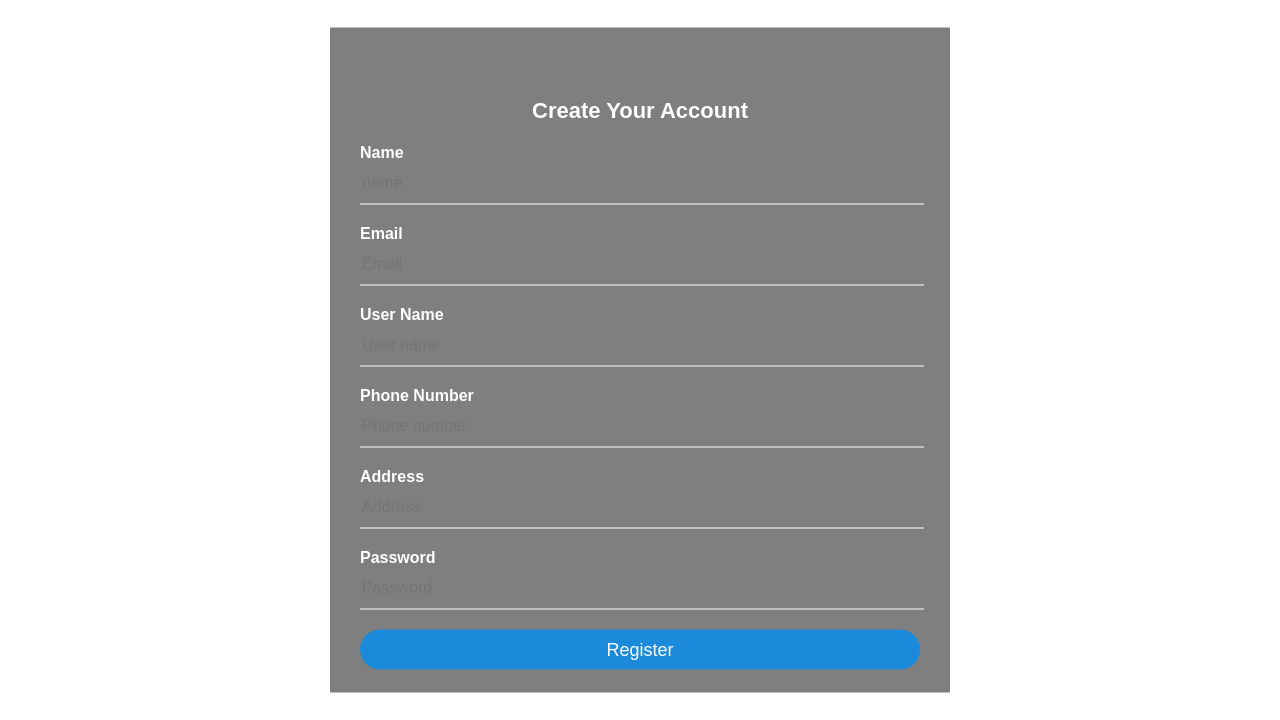
Repository: GamithaManawadu/RentJet-Online-Vehicle-Rental-System
Page: http://localhost/CustomerRegistration/customerinsert.jsp
These files come from the project's save history. The page is drawn as it stood at one moment and after the next save; the edit follows.
The browser window is 1280 px wide. The pictures show the whole page.
The page is served by Tomcat 9. Other server files are loaded and not shown.

Above is the page before, as saved 2020-05-12 11:13:06.

### CustomerRegistration/WebContent/customerinsert.jsp
<%@ page language="java" contentType="text/html; charset=ISO-8859-1"
    pageEncoding="ISO-8859-1"%>
<!DOCTYPE html>
<html>
<head>
<meta charset="ISO-8859-1">
<title>Insert title here</title>
<link rel="stylesheet" type="text/css" href="register.css"/>
</head>
<body>
<div class="register-box">
<h1>Create Your Account</h1>
<form action="insert" method="post">

		<p>Name</p>
		<input type="text" name="name" placeholder="name">
		<p>Email</p>
		<input type="text" name="email" placeholder="Email">
		<p>User Name</p>
		<input type="text" name="userid"placeholder="User name">
		<p>Phone Number</p>
		<input type="text" name="phone" placeholder="Phone number">
		<p>Address</p>
		<input type="text" name="address" placeholder="Address">
		<p>Password</p>
		<input type="password" name="pass" placeholder="Password">

	<input type="submit" name="submit" value="Register">
	</form>
</body>
</html>

### CustomerRegistration/WebContent/register.css
@charset "ISO-8859-1";
body{
    margin: 0;
    padding: 0;
    background color:white;
    background-size: cover;
    background-position: center;
    font-family: sans-serif;
}
.register-box{
    width: 620px;
    height: 665px;
    background: rgba(0, 0, 0, 0.5);
    color: #fff;
    top: 50%;
    left: 50%;
    position: absolute;
    transform: translate(-50%,-50%);
    box-sizing: border-box;
    padding: 70px 30px;
}
.icon{
    width: 100px;
    height: 100px;
    border-radius: 50%;
    position: absolute;
    top: -50px;
    left: calc(50% - 50px);
}
h1{
    margin: 0;
    padding: 0 0 20px;
    text-align: center;
    font-size: 22px;
}
.register-box p{
    margin: 0;
    padding: 0;
    font-weight: bold;
}
.register-box input{
    width: 100%;
    margin-bottom: 20px;
}
.register-box input[type="text"], input[type="password"]
{
    border: none;
    border-bottom: 1px solid #fff;
    background: transparent;
    outline: none;
    height: 40px;
    color: #fff;
    font-size: 16px;
}
.register-box input[type="submit"]
{
    border: none;
    outline: none;
    height: 40px;
    background: #1c8adb;
    color: #fff;
    font-size: 18px;
    border-radius: 20px;
}
.register-box input[type="submit"]:hover
{
    cursor: pointer;
    background: #39dc79;
    color: #000;
}

.register-box a{
    text-decoration: none;
    font-size: 14px;
    color: #fff;
}
.register-box a:hover
{
    color: #39dc79;
}

After the next save:
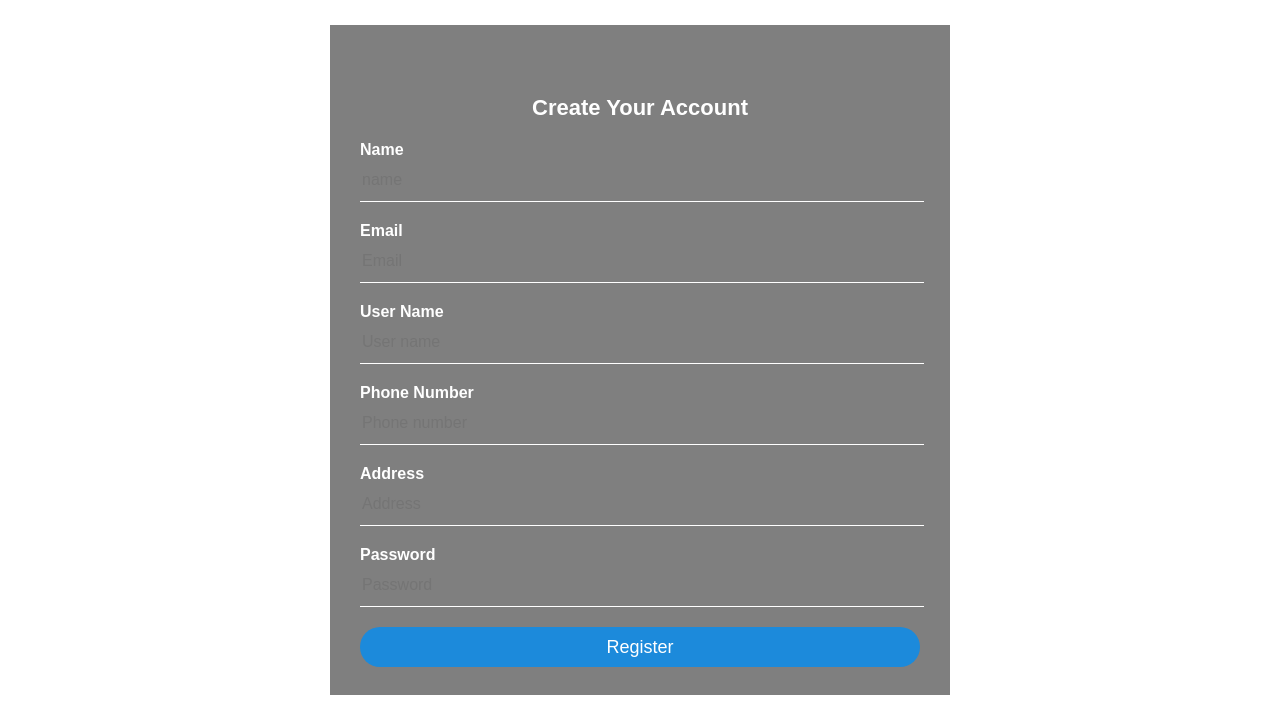
Saved 14 s later.
--- a/CustomerRegistration/WebContent/register.css
+++ b/CustomerRegistration/WebContent/register.css
@@ -9,7 +9,7 @@
 }
 .register-box{
     width: 620px;
-    height: 665px;
+    height: 670px;
     background: rgba(0, 0, 0, 0.5);
     color: #fff;
     top: 50%;
